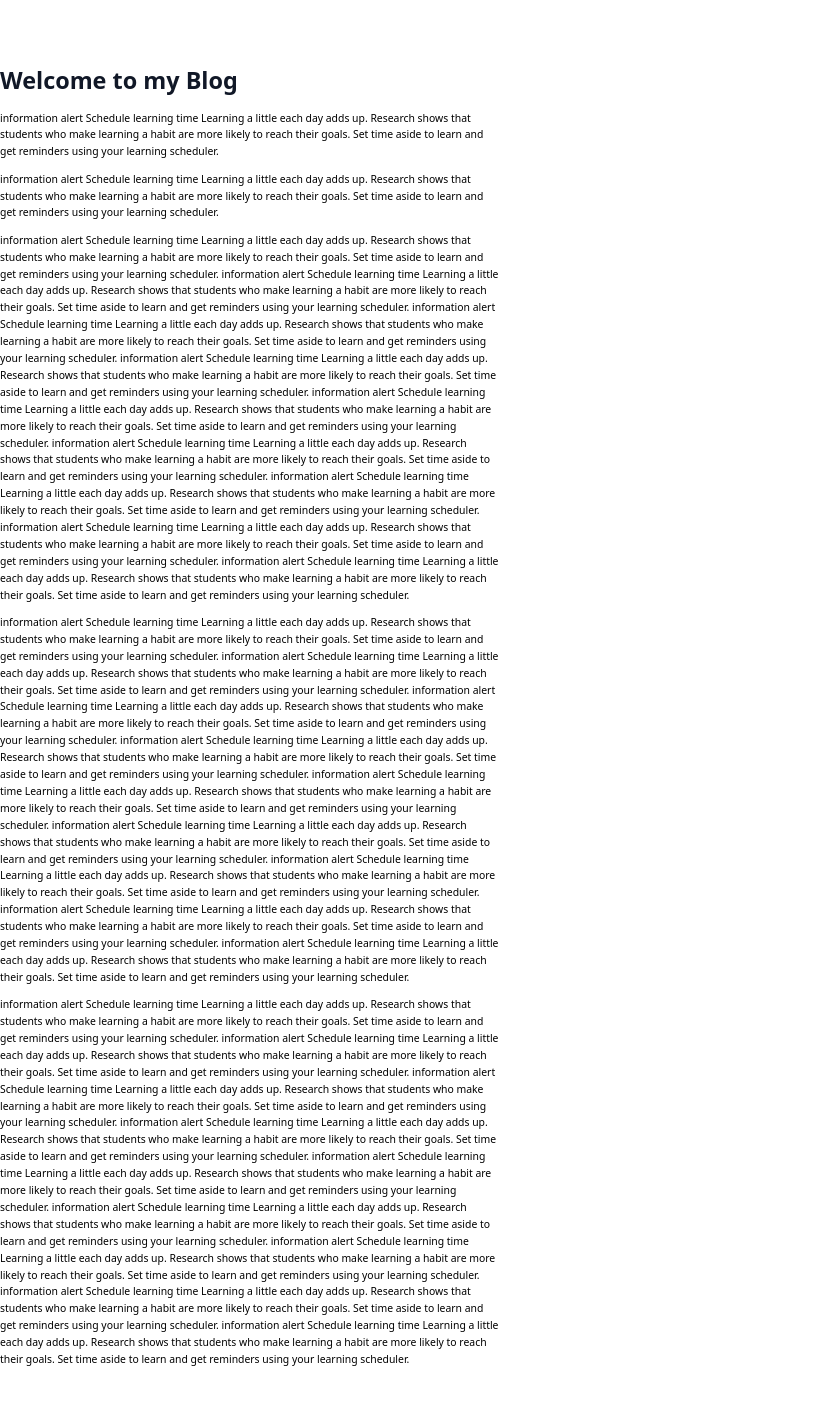
Repository: wenxi0504/BLOG
Page: / (app in client/)
These files come from the project's save history. The page is drawn as it stood at one moment and after the next save; the edit follows.
The browser window is 1280 px wide. The pictures show the whole page, at 65% of full size.
The project was rebuilt for these pictures with package versions that can differ from the ones it lists, and the page was loaded fresh each time.

Above is the page before, as saved 2022-09-06 23:42:15.

After the next save:
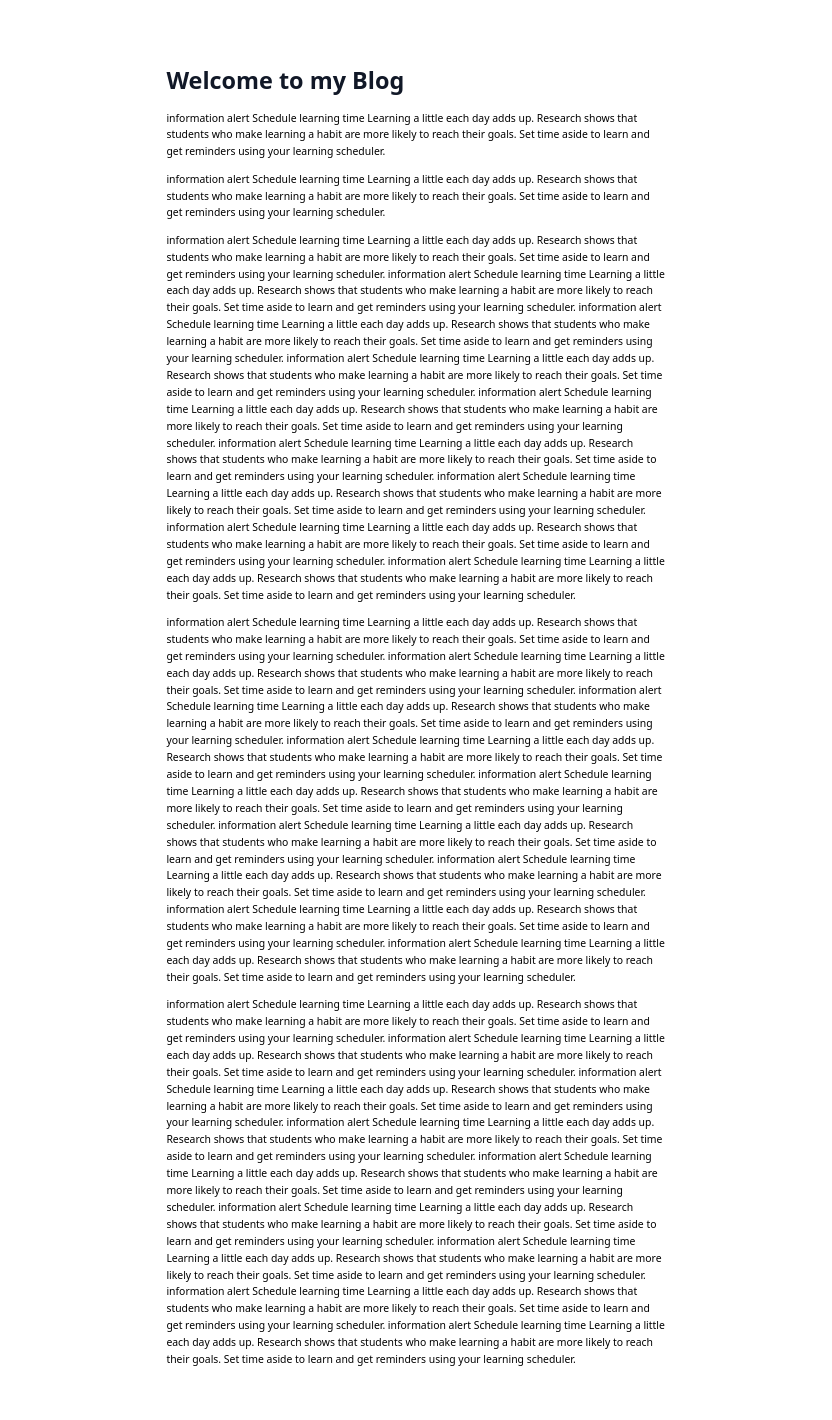
Saved 30 s later.
--- a/client/src/App.js
+++ b/client/src/App.js
@@ -3,7 +3,7 @@ import Home from './pages/Home'
 
 function App() {
   return (
-    <div className='max-w-screen-md max-auto pt-20'>
+    <div className='max-w-screen-md mx-auto pt-20'>
      <Home/>
     </div>
   );
